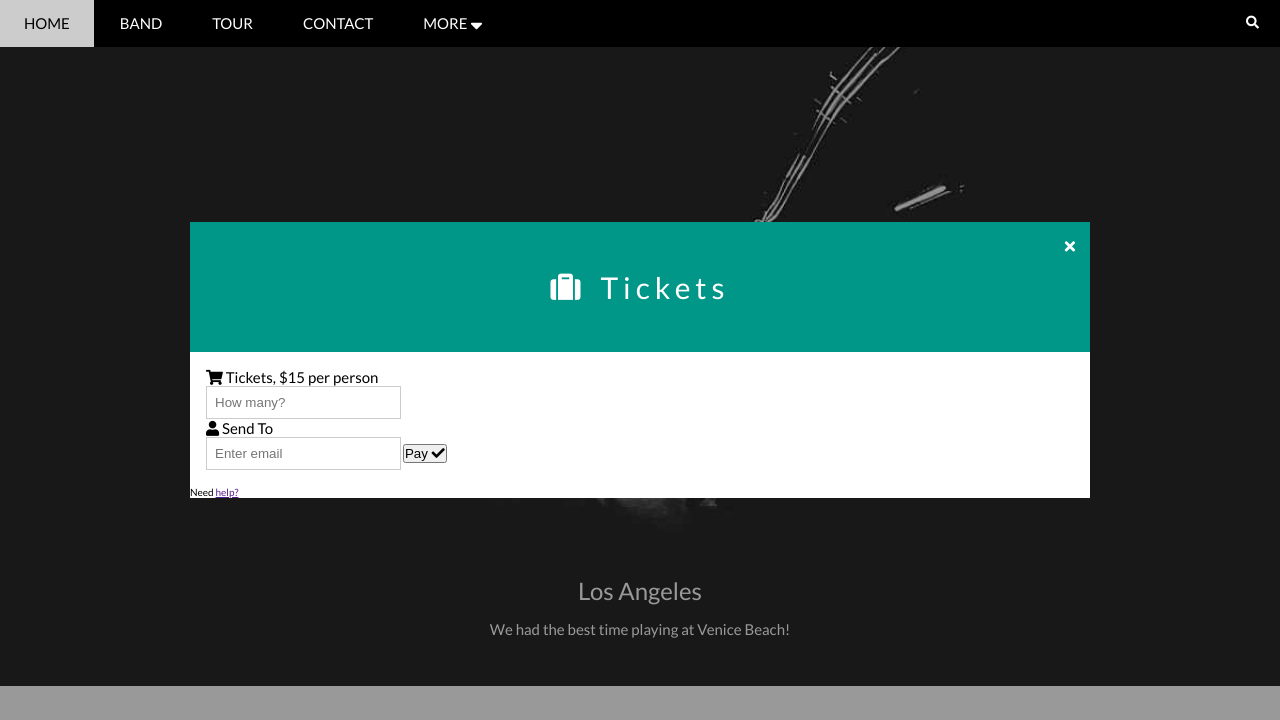
Repository: nguyenthaicong265/w3-band
Page: index.html
The author's editor kept a copy of each file at every save. The page is drawn from the files as they stood at one save, then again after the next save.
The browser window is 1280 px wide. The pictures show the window.
A layer covers the whole window, so only the first screen is drawn.

Above is the page before, as saved 2022-01-03 12:00:04.

### index.html
<!DOCTYPE html>
<html lang="en">
<head>
    <meta charset="UTF-8">
    <meta http-equiv="X-UA-Compatible" content="IE=edge">
    <meta name="viewport" content="width=device-width, initial-scale=1.0">
    <title>Document</title>
    <link rel="stylesheet" href="./assets/css/styles.css">
    <link rel="stylesheet" href="https://fonts.googleapis.com/css?family=Lato">
    <link rel="stylesheet" href="./assets/font/themify-icons-font/themify-icons/themify-icons.css">
    <link rel="stylesheet" href="./assets/font/fontawesome-free-5.15.4-web/css/all.css">
</head>
<body>
    <div id="main">
        <div id="header">
            <ul id="nav">
                <li><a href="">Home</a></li>
                <li><a href="">Band</a></li>
                <li><a href="">Tour</a></li>
                <li><a href="">Contact</a></li>
                <li>
                    <a href="#">
                        More
                        <i class="fas fa-sort-down"></i>
                    </a>
                    <ul class="subnav">
                        <li><a href="#">Merchandise</a></li>
                        <li><a href="#">Extras</a></li>
                        <li><a href="#">Media</a></li>
                    </ul>
                </li>
            </ul>
            <div class="search-button">
                <i class="fas fa-search text-white"></i>
            </div>
        </div>

        <div id="slider">
            <div class="text-content text-white">
                <h2 class="text-head">Los Angeles
                </h2>
                <div class="text-description">We had the best time playing at Venice Beach!
                </div>
            </div>
        </div>

        <div id="content">
            <!-- About-section -->
            <div class="band-section">
                <div class="content-section">
                    <h2 class="section-heading">
                    THE BAND
                    </h2>
                    <p class="section-sub-heading">
                    We love music
                    </p>
                    <p class="about-text">We have created a fictional band website. Lorem ipsum dolor sit amet, consectetur adipiscing elit, sed do eiusmod tempor incididunt ut labore et dolore magna aliqua. Ut enim ad minim veniam, quis nostrud exercitation ullamco laboris nisi ut aliquip ex ea commodo consequat. Duis aute irure dolor in reprehenderit in voluptate velit esse cillum dolore eu fugiat nulla pariatur. Excepteur sint occaecat cupidatat non proident, sunt in culpa qui officia deserunt mollit anim id est laborum consectetur adipiscing elit, sed do eiusmod tempor incididunt ut labore et dolore magna aliqua. Ut enim ad minim veniam, quis nostrud exercitation ullamco laboris nisi ut aliquip ex ea commodo consequat.
                    </p>

                    <!-- Member -->
                    <div class="members-list">
                        <div class="member-item">
                            <p class="member-name">Name</p>
                            <img src="./assets/img/band/member1.jpg" alt="Name" class="member-avatar">
                        </div>

                        <div class="member-item">
                            <p class="member-name">Name</p>
                            <img src="./assets/img/band/member1.jpg" alt="Name" class="member-avatar">
                        </div>

                        <div class="member-item">
                            <p class="member-name">Name</p>
                            <img src="./assets/img/band/member1.jpg" alt="Name" class="member-avatar">
                        </div>
                    </div>
                </div>
            </div>

            <!-- Tour-section -->
            <div class="tour-section">
                <div class="content-section">
                    <h2 class="section-heading text-white">
                    TOUR DATES
                    </h2>
                    <p class="section-sub-heading text-white">
                    Remember to book your tickets!
                    </p>

                    <!-- Tickets  -->
                    <ul class="tickets-list">
                        <li>September <span class="sold-out text-white">Sold out</span></li>
                        <li>October <span class="sold-out text-white">Sold out</span></li>
                        <li>November <span class="quantity text-white">3</span></li>
                    </ul>

                    <!-- Places -->
                    <div class="places-list">
                        <div class="places-item">
                            <img src="./assets/img/places/newyork.jpg" alt="New York" class="place-img">
                            <div class="place-body">
                                <h3 class="place-heading">
                                    New York
                                </h3>
                                <p class="place-time">
                                    Fri 27 Nov 2016
                                </p>
                                <p class="place-dsc">
                                    Praesent tincidunt sed tellus ut rutrum sed vitae justo.
                                </p>
                                <a href="#" class="place-buy-ticket">Buy Tickets</a>
                            </div>
                        </div>

                        <div class="places-item">
                            <img src="./assets/img/places/paris.jpg" alt="Paris" class="place-img">
                            <div class="place-body">
                                <h3 class="place-heading">
                                    Paris
                                </h3>
                                <p class="place-time">
                                    Sat 28 Nov 2016
                                </p>
                                <p class="place-dsc">
                                    Praesent tincidunt sed tellus ut rutrum sed vitae justo.
                                </p>
                                <a href="#" class="place-buy-ticket">Buy Tickets</a>
                            </div>
                        </div>

                        <div class="places-item">
                            <img src="./assets/img/places/sanfran.jpg" alt="San Francisco" class="place-img">
                            <div class="place-body">
                                <h3 class="place-heading">
                                    San Francisco
                                </h3>
                                <p class="place-time">
                                    Sun 29 Nov 2016
                                </p>
                                <p class="place-dsc">
                                    Praesent tincidunt sed tellus ut rutrum sed vitae justo.
                                </p>
                                <a href="#" class="place-buy-ticket">Buy Tickets</a>
                            </div>
                        </div>
                    </div>
                </div>
            </div>

            <!-- Contact-section -->
            <div class="contact-section">
                <div class="content-section">
                    <h2 class="section-heading">
                    CONTACT</h2>
                    <p class="section-sub-heading">
                    Fan? Drop a note!</p>
                    <div class="contact-information">
                        <div class="contact-location">
                            <i class="fas fa-map-marker-alt"></i>
                            <p class="location">Chicago, US</p>
                        </div>
                        <div class="contact-phone">
                            <i class="fas fa-phone-alt"></i>
                            <p class="phone">Phone: +00 151515</p>
                        </div>
                        <div class="contact-email">
                            <i class="fas fa-envelope"></i>
                            <p class="email">Email: mail@mail.com</p>
                        </div>
                    </div>
                    <div class="fill-information">
                        <form action="" class="form-information">
                            <input type="text" class="fill-name" placeholder="Name" required name="Name">
                            <input type="text" class="fill-email" placeholder="Email" required name="Email">
                            <input type="text" class="fill-message" placeholder="Message"
                            required name="Message">
                            <button class="button-send" type="submit">SEND</button>
                        </form>
                    </div>
                </div>
            </div>
        </div>

        <div id="footer">

        </div>
    </div>
    <div class="modal">
         <div class="modal-contaner">
             <div class="modal-close">
                <i class="fas fa-times"></i>
             </div>

             <div class="modal-header text-white">
                <i class="fas fa-suitcase"></i> Tickets
             </div>

             <div class="modal-body">
                <label for="" class="modal-label">
                    <i class="fas fa-shopping-cart"></i>
                    Tickets, $15 per person
                 </label>
                 <input type="text" class="modal-input" placeholder="How many?">

                 <label for="" class="modal-label">
                    <i class="fas fa-user"></i>
                    Send To
                 </label>
                 <input type="text" class="modal-input" placeholder="Enter email">

                <button id="buy-ticket">
                    Pay
                    <i class="fas fa-check"></i>
                </button>
             </div>

             <div class="modal-footer">
                 <p class="modal-help">
                     Need <a href="">help?</a>
                 </p>
             </div>
         </div>
    </div>
</body>
</html>

### assets/css/styles.css
/* Reset CSS */
* {
    padding: 0;
    margin: 0;
    box-sizing: border-box;
}

html {
    font-family: "Lato", sans-serif;
    font-size: 62.5%;
}

.text-white {
    color: #ffff !important;
}

#main {

}

#header {
    position: fixed;
    top: 0;
    left: 0;
    right: 0;
    height: 46.5px;
    background-color: #000000;
    z-index: 1;
}

#header .search-button {
    float: right;
    padding: 0 21px;
}

#header .search-button:hover {
    cursor: pointer;
    background-color: #f44336!important;
}

#header .fa-search {
    font-size: 13px;
    line-height: 46px;
}

#nav, .subnav {
    display: inline-block;
    list-style-type: none;
}

#nav > li {
    display: inline-block;
}

#nav li {
    position: relative;
}

#nav > li > a {
    color: #ffffff;
    text-transform: uppercase;
}

#nav li a {
    text-decoration: none;
    line-height: 46.5px;
    padding: 0px 24px;
    font-size: 1.5rem;
    display: block;
}

#nav .fa-sort-down {
    font-size: 20px;
}

#nav li:hover .subnav {
    display: block;

}

#nav > li:hover > a,
#nav .subnav li:hover a {
    color: #000 !important;
    background-color: #ccc !important;
}

#nav .subnav {
    display: none;
    position: absolute;
    min-width: 160px;
    top: 46.5px;
    background-color: #ffffff;
    box-shadow: 0 0 10px rgba(0, 0, 0, 0.3);
}

#nav .subnav a {
    color: #000;
    padding: 0 12px;
    line-height: 38px;
}

#slider {
    position: relative;
    margin-top: 46px;
    padding-top: 50%;
    background: url(/assets/img/slider/slider1.jpg) top center / cover no-repeat;
}

#slider .text-content {
    position: absolute;
    bottom: 48px;
    width: 100%;
    text-align: center;
}

#slider .text-head {
    font-weight: 100;
    font-size: 24px;
    margin-bottom: 10px;
}
#slider .text-description {
    font-size: 15px;
    margin-top: 15px;
}

#content {
}

#content .content-section {
    width: 800px;
    padding: 64px 16px ;
    margin-left: auto;
    margin-right: auto;
}

#content .section-heading {
    font-size: 30px;
    font-weight: 400;
    letter-spacing: 4px;
    text-align: center;
}

#content .section-sub-heading {
    font-size: 15px;
    font-style: italic;
    text-align: center;
    opacity: 0.6;
    margin-top: 25px;
}

#content .about-text {
    text-align: justify;
    font-size: 15px;
    margin-top: 25px;
    line-height: 1.4;
}

#content .members-list {
    margin-top: 48px;
    overflow: hidden;
    padding-top: 32px !important;
    padding-bottom: 32px !important;
}

#content .member-item {
    float: left;
    width: 33.333333%;
    text-align: center;
}

#content .member-name {
    font-size: 15px;


}

#content .member-avatar {
    width: 60%;
    margin-top: 15px;
    border-radius: 4px;
}

.tour-section {
    background-color: #000;
    width: 100%;
}

.tickets-list {
    background-color: #ffffff;
    margin-top: 40px;
    list-style-type: none;
}

.tickets-list li {
    font-size: 15px;
    padding: 11px 16px;
    border-bottom: 1px solid #dddd;
    color: #757575;
}

.tickets-list .sold-out {
    background-color: #f44336!important;
    padding: 2px 7px;
    margin-left: 16px;
}

.tickets-list .quantity {
    float: right;
    width: 24px;
    height: 24px;
    background-color: #000;
    border-radius: 50%;
    line-height: 24px;
    text-align: center;
    margin-top: -3px;
}

.places-list {
    margin: 32px -8px 0px;
    overflow: hidden;
    padding-bottom: 48px;
}

.places-item {
    float: left;
    width: 33.33333%;
    padding: 0 8px;

}

.place-img {
    display: block;
    width: 100%;
}

.place-img:hover {
    opacity: 0.6;
}

.place-body {
    background-color: #ffff;
    padding: 16px;
}

.place-heading {
    font-size: 15px;
    font-weight: bolder;
    margin-bottom: 15px;
}

.place-time {
    font-size: 15px;
    opacity: 0.6;
    margin-bottom: 15px;
}

.place-dsc {
    font-size: 15px;
    margin-bottom: 15px;
}

.place-buy-ticket {
    display: inline-block;
    font-size: 15px;
    color: #ffff;
    background-color: #000;
    text-decoration: none;
    padding: 8px 16px;
    margin-top: 16px;
}

.place-buy-ticket:hover {
    color: #000;
    background-color: #ccc;
}

.contact-section {
    background-color: #fff;
    width: 100%;

}

.contact-information {
    float: left;
    width: 49.99999%;
    margin-bottom: 16px;
    overflow: hidden;
}

.fas {
    display: inline-block;
}

.contact-location {

}


.contact-phone {

}

.fill-information {
    width: 49.99999%;
}
#footer {

}

.modal {
    position: fixed;
    top: 0;
    right: 0;
    bottom: 0;
    left: 0;
    background: rgba(0, 0, 0, 0.4);
    display: flex;
    align-items: center;
    justify-content: center;
}

.modal-contaner {
    background: #fff;
    width: 900px;
    min-height: 200px;
    position: relative;
}

.modal-close {
    position: absolute;
    right: 0;
    top: 0;
    padding: 15px;
    cursor: pointer;
    color: #fff;
    font-size: 15px;
}

.modal-close:hover {
    background-color: #fff;
    color: #000;
}

.modal-header {
    background-color: #009688;
    height: 130px;
    display: flex;
    align-items: center;
    justify-content: center;
    font-size: 30px;
    letter-spacing: 5px;
}

.modal-header .fa-suitcase {
    margin-right: 15px;
}

.modal-body {
    padding: 16px;

}

.modal-body .modal-label {
    display: block;
    font-size: 15px;
}

.modal-body .modal-input {
    border: 1px solid #ccc;
    padding: 8px;
}

Loaded but not shown: assets/font/themify-icons-font/themify-icons/themify-icons.css (common file); assets/font/fontawesome-free-5.15.4-web/css/all.css (library)

After the next save:
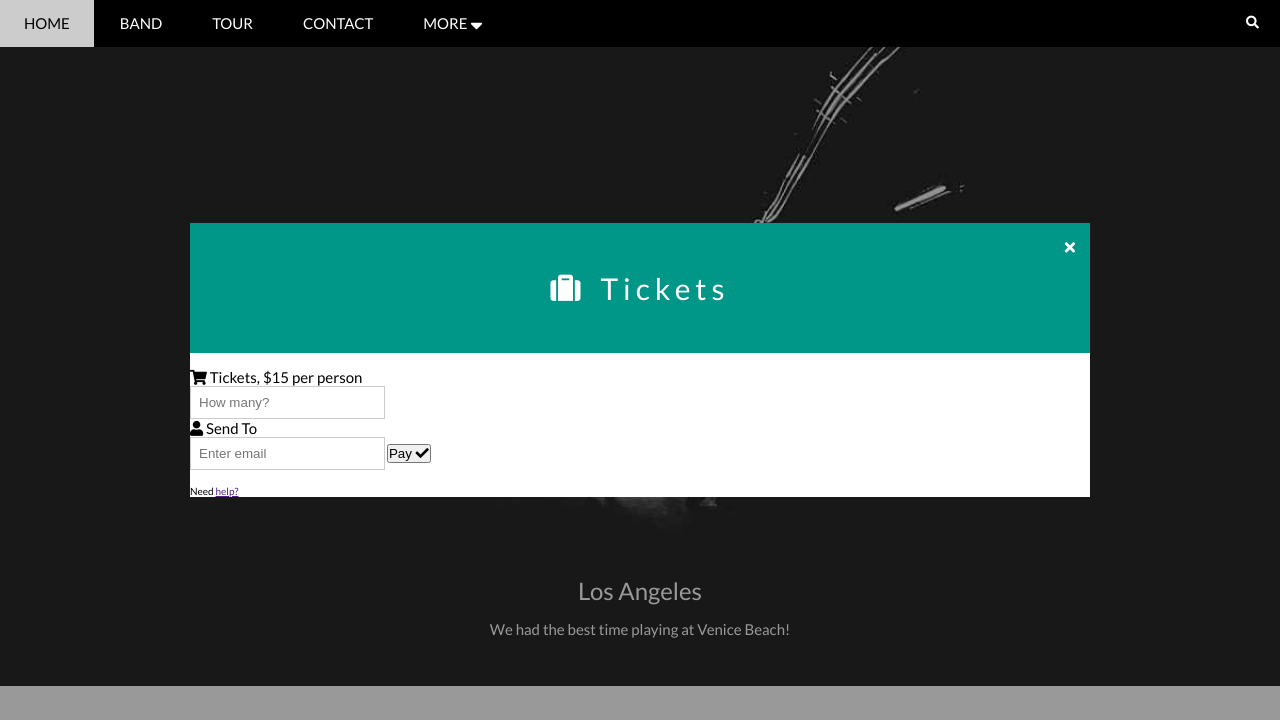
Saved 63 s later.
--- a/assets/css/styles.css
+++ b/assets/css/styles.css
@@ -356,7 +356,7 @@ html {
 }
 
 .modal-body {
-    padding: 16px;
+    margin: 15px 0;
 
 }
 
